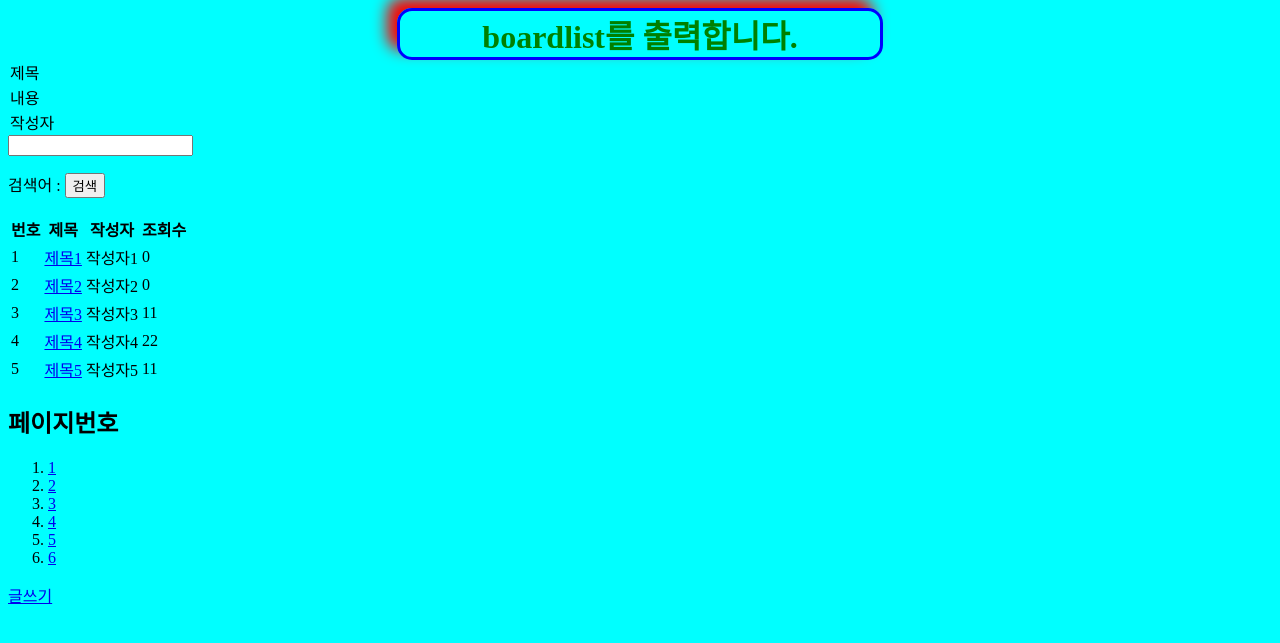
Repository: Kray273/JSLab
Page: css/src/main/webapp/Day97/boardlist.html
An editor plug-in stored every save of this project. The page is shown before and after the next save, followed by the edit.
The browser window is 1280 px wide. The pictures show the whole page.

Above is the page before, as saved 2022-11-25 08:46:58.

### css/src/main/webapp/Day97/boardlist.html
<!DOCTYPE html>
<html>
<head>
<meta charset="UTF-8">
<title>kray</title>
<style type="text/css">

	#title {
		border: 3px solid blue;
		width: 480px;
		color: green;
		text-align: center;
		box-shadow: -10px -10px 15px red;
		border-radius: 15px;
		margin: auto;
	}
</style>

</head>
<body style="background-color: aqua;">

<h1 id="title">boardlist를 출력합니다.</h1>
<form action="">
	<section>
		<option>제목</option>
		<option>내용</option>
		<option>작성자</option>
	</section>

	<input type="text">
	<p>검색어 : <input type="button" value="검색"></p>

	<div>
		<table>
			<tr>
				<th>번호</th>
				<th>제목</th>
				<th>작성자</th>
				<th>조회수</th>
			</tr>
			<tr>
				<td>1</td>
				<td><a href="boardcontents.html">제목1</a></td>
				<td>작성자1</td>
				<td>0</td>
			</tr>
			<tr>
				<td>2</td>
				<td><a href="boardcontents.html">제목2</a></td>
				<td>작성자2</td>
				<td>0</td>
			</tr>
			<tr>
				<td>3</td>
				<td><a href="boardcontents.html">제목3</a></td>
				<td>작성자3</td>
				<td>11</td>
			</tr>
			<tr>
				<td>4</td>
				<td><a href="boardcontents.html">제목4</a></td>
				<td>작성자4</td>
				<td>22</td>
			</tr>
			<tr>
				<td>5</td>
				<td><a href="boardcontents.html">제목5</a></td>
				<td>작성자5</td>
				<td>11</td>
			</tr>
		</table>
	</div>

<h2>페이지번호</h2>
<div>
	<ol>
		<li><a href="boardlist.html">1 </a></li>
		<li><a href="boardlist.html">2 </a></li>
		<li><a href="boardlist.html">3 </a></li>
		<li><a href="boardlist.html">4 </a></li>
		<li><a href="boardlist.html">5 </a></li>
		<li><a href="boardlist.html">6 </a></li>
	</ol>
</div>

<p><a href="boardinsert.html">글쓰기</a></p>
</form>

</body>
</html>

After the next save:
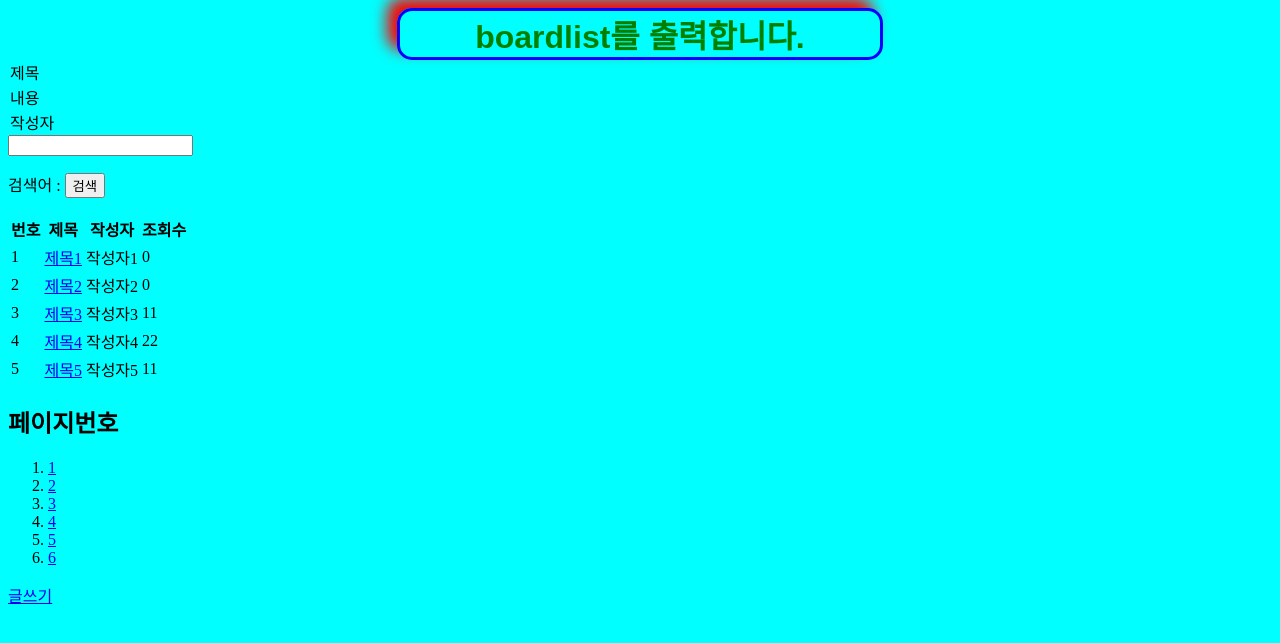
Saved 56 s later.
--- a/css/src/main/webapp/Day97/boardlist.html
+++ b/css/src/main/webapp/Day97/boardlist.html
@@ -13,6 +13,7 @@
 		box-shadow: -10px -10px 15px red;
 		border-radius: 15px;
 		margin: auto;
+		font-family: sans-serif;
 	}
 </style>
 

After the save that followed:
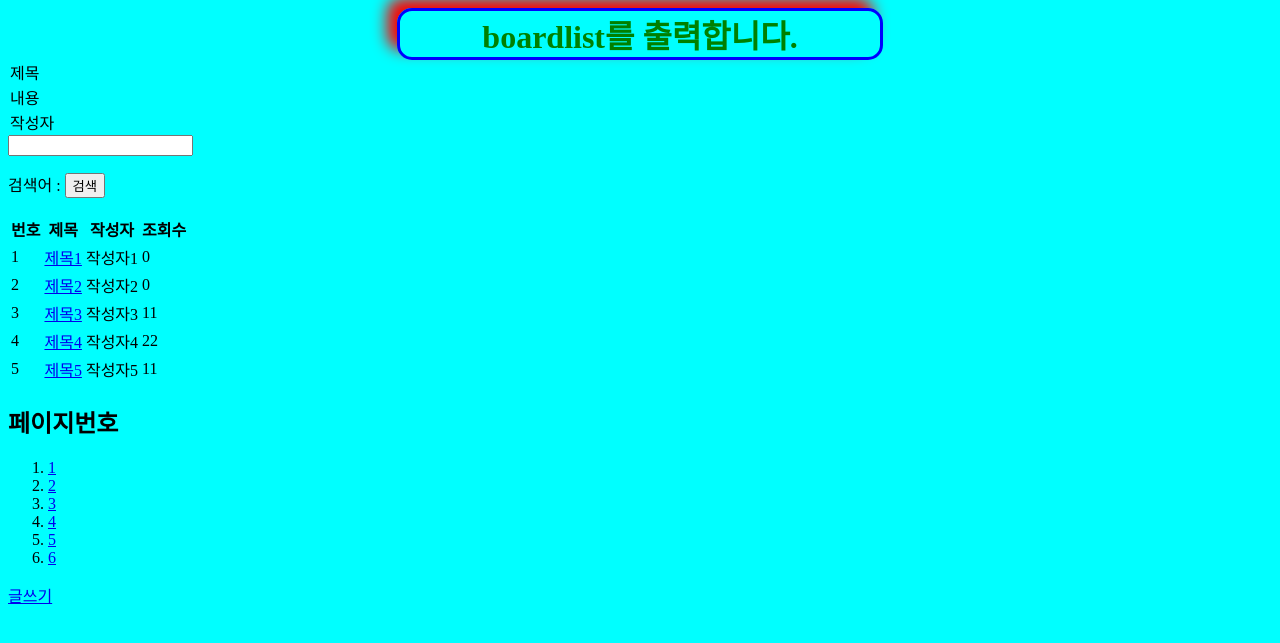
Saved 49 s later.
--- a/css/src/main/webapp/Day97/boardlist.html
+++ b/css/src/main/webapp/Day97/boardlist.html
@@ -13,7 +13,7 @@
 		box-shadow: -10px -10px 15px red;
 		border-radius: 15px;
 		margin: auto;
-		font-family: sans-serif;
+		font-family: serif;
 	}
 </style>
 
